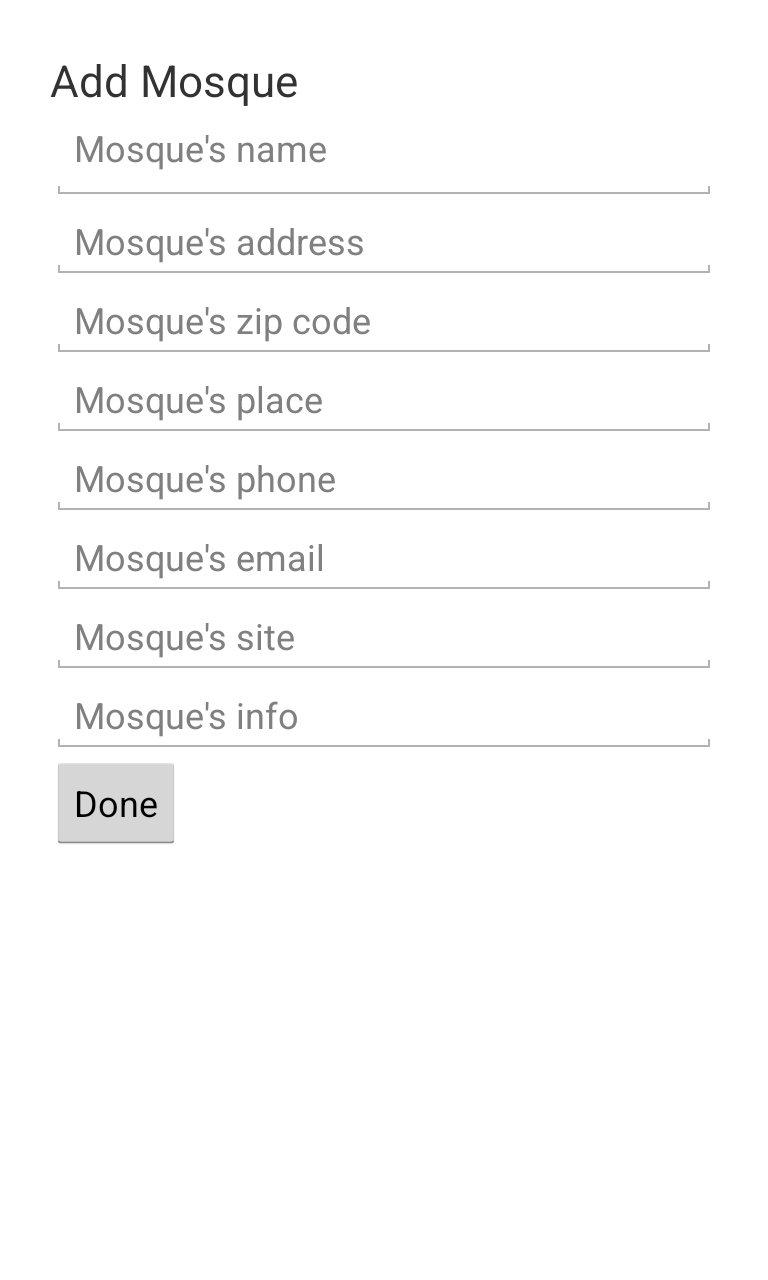
Repository: Osamah/Afstudeerwerk
Layout: NativeApp/SecondPillar/res/layout/activity_addmosque.xml
These files come from the project's save history. The layout is drawn as it stood at one moment and after the next save; the edit follows.
It is drawn on a 768 x 1280 px phone screen (xhdpi) without system bars, with theme AppTheme; the app's code is not run.

Above is the layout before, as saved 2013-01-05 21:26:10.

### NativeApp/SecondPillar/res/layout/activity_addmosque.xml
<?xml version="1.0" encoding="utf-8"?>

<!-- ScrollView to scroll vertical down the page -->
<ScrollView
    xmlns:android="http://schemas.android.com/apk/res/android"
    android:id="@+id/ScrollView01"
    android:layout_width="fill_parent"
    android:layout_height="wrap_content"
    android:scrollbars="vertical">

    <LinearLayout
        android:layout_width="match_parent"
        android:layout_height="wrap_content"
        android:layout_margin="25dp"

        android:orientation="vertical" >

		<TextView
		    android:id="@+id/lblAddMosque"
		    android:layout_width="wrap_content"
		    android:layout_height="wrap_content"
		    android:text="@string/lblAddMosque"
		    android:textSize="10pt"
		   >
		</TextView>

        <EditText
            android:id="@+id/txtMosqueName"
            android:layout_width="fill_parent"
            android:layout_height="wrap_content"
            android:hint="@string/txtMosqueName"
            android:inputType="textCapWords"
            style="@style/txtBoxes">

		</EditText>

        <EditText
		    android:id="@+id/txtMosqueAddress"
		    android:layout_height="wrap_content"
		    android:hint="@string/txtMosqueAddress"
		    android:inputType="textPostalAddress"
		    android:layout_width="fill_parent">
		</EditText>

        <EditText
            android:id="@+id/txtMosqueZipCode"
            android:layout_width="fill_parent"
            android:layout_height="wrap_content"
            android:hint="@string/txtMosqueZipCode"
            android:inputType="number" >
		</EditText>

        <EditText
            android:id="@+id/txtMosquePlace"
            android:layout_width="fill_parent"
            android:layout_height="wrap_content"
            android:hint="@string/txtMosquePlace"
            android:inputType="textPostalAddress" >
		</EditText>

        <EditText
            android:id="@+id/txtMosquePhone"
            android:layout_width="fill_parent"
            android:layout_height="wrap_content"
            android:hint="@string/txtMosquePhone"
            android:inputType="phone" >
		</EditText>

        <EditText
            android:id="@+id/txtMosqueMail"
            android:layout_width="fill_parent"
            android:layout_height="wrap_content"
            android:hint="@string/txtMosqueMail"
            android:inputType="textEmailAddress" >
		</EditText>

        <EditText
            android:id="@+id/txtMosqueSite"
            android:layout_width="fill_parent"
            android:layout_height="wrap_content"
            android:hint="@string/txtMosqueSite"
            android:inputType="textUri" >
		</EditText>

        <EditText
            android:id="@+id/txtMosqueInfo"
            android:layout_width="fill_parent"
            android:layout_height="wrap_content"
            android:hint="@string/txtMosqueInfo"
            android:inputType="textMultiLine" >
		</EditText>

        <Button
            android:id="@+id/btnAddMosque"
            android:layout_width="wrap_content"
            android:layout_height="wrap_content"
            android:text="@string/btnAddMosque"

            />


    </LinearLayout>
</ScrollView>

### NativeApp/SecondPillar/res/values/styles.xml
<resources>

    <!--
        Base application theme, dependent on API level. This theme is replaced
        by AppBaseTheme from res/values-vXX/styles.xml on newer devices.
    -->
    <style name="AppBaseTheme" parent="android:Theme.Light">
        <!--
            Theme customizations available in newer API levels can go in
            res/values-vXX/styles.xml, while customizations related to
            backward-compatibility can go here.
        -->
    </style>

    <!-- Application theme. -->
    <style name="AppTheme" parent="AppBaseTheme">
        <!-- All customizations that are NOT specific to a particular API-level can go here. -->µ

    </style>




    <!-- /////////////////\\\\\\\\\\\\\\\\\\\\\ -->
    <style name="txtBoxes">

        <item name="android:paddingBottom">15dp</item>

    </style>

</resources>

### NativeApp/SecondPillar/res/values/strings.xml
<?xml version="1.0" encoding="utf-8"?>
<resources>

    <string name="app_name">Second Pillar</string>

    <!-- Menu -->
    <string name="menu_search">Search</string>


    <!-- Option Menu -->
	<string name="option_settings">Settings</string>
	<string name="option_about">About</string>


	<!-- Settings -->
	<string name="notifications">Notifications</string>

	<string name="prayingWhere">Where to pray?</string>
	<string name="prayHome">Home</string>
	<string name="prayMosque">Mosque</string>

	<string name="NotificationsPraying">When to pray?</string>
	<string name="inAdvance">In advance</string>
	<string name="onTime">On time</string>


	<!-- About -->
	<string name="about">If you have any questions just call me maybe</string>


    <!-- Prayer -->
    <string name="headerCol1">Prayer</string>
    <string name="headerCol2">Time</string>
    <string name="headerCol3">L</string>

    <string name="prayer1">Fajr</string>
    <string name="prayer2">Dhor</string>
    <string name="prayer3">Asr</string>
    <string name="prayer4">Magreb</string>
    <string name="prayer5">Isha</string>

    <string name="prayerTime1">5h25</string>
    <string name="prayerTime2">12h30</string>
    <string name="prayerTime3">15h37</string>
    <string name="prayerTime4">18h48</string>
    <string name="prayerTime5">21h00</string>


    <!-- Favorite -->


    <!-- Add Mosque -->
    <string name="lblAddMosque">Add Mosque</string>
    <string name="txtMosqueName">Mosque\'s name</string>
    <string name="txtMosqueAddress">Mosque\'s address</string>
    <string name="txtMosqueZipCode">Mosque\'s zip code</string>
    <string name="txtMosquePlace">Mosque\'s place</string>
  	<string name="txtMosquePhone">Mosque\'s phone</string>
  	<string name="txtMosqueMail">Mosque\'s email</string>
    <string name="txtMosqueSite">Mosque\'s site</string>
    <string name="txtMosqueInfo">Mosque\'s info</string>
    <string name="btnAddMosque">Done</string>

    <!-- Search Mosque -->
    <string name="searchAddress">Address</string>


</resources>

Loaded but not shown: NativeApp/SecondPillar/res/values-v11/styles.xml (common file); NativeApp/SecondPillar/res/values-v14/styles.xml (common file)

After the next save:
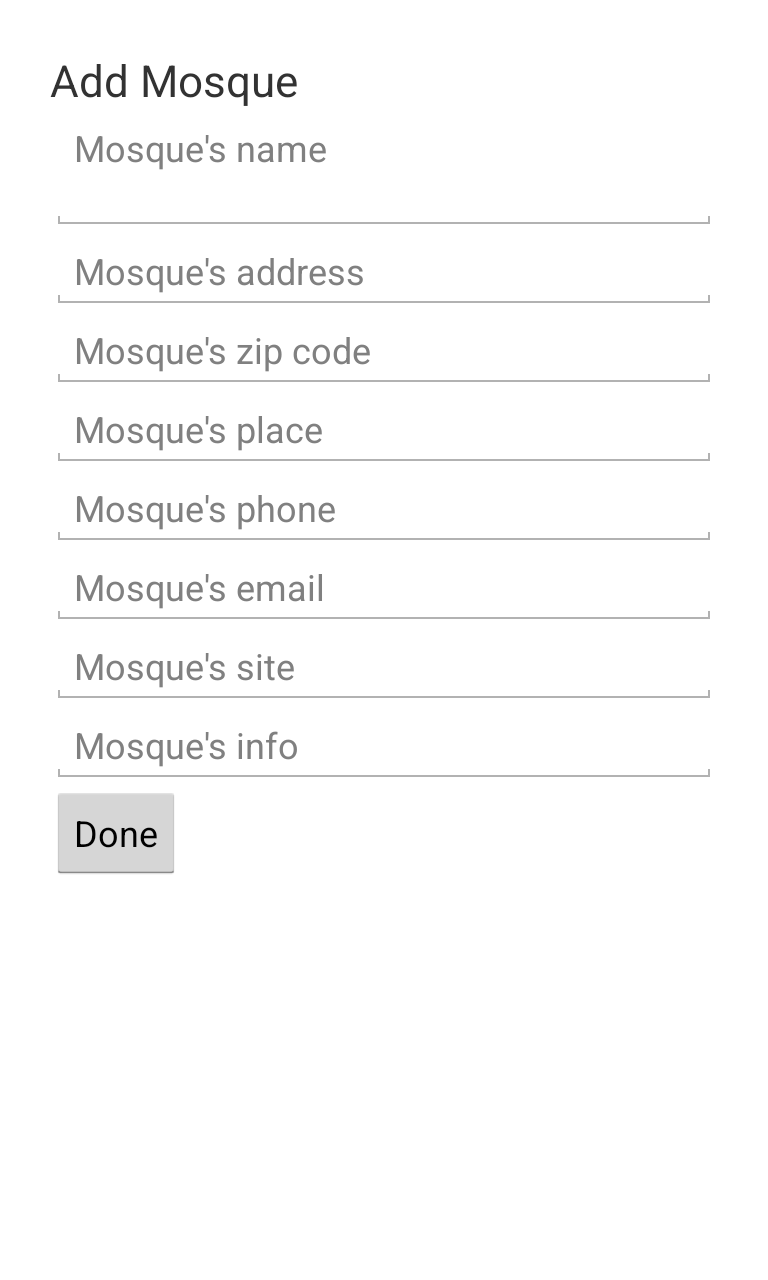
Saved 25 s later.
--- a/NativeApp/SecondPillar/res/values/styles.xml
+++ b/NativeApp/SecondPillar/res/values/styles.xml
@@ -24,7 +24,7 @@
     <!-- /////////////////\\\\\\\\\\\\\\\\\\\\\ -->
     <style name="txtBoxes">
 
-        <item name="android:paddingBottom">15dp</item>
+        <item name="android:paddingBottom">30dp</item>
 
     </style>
 
